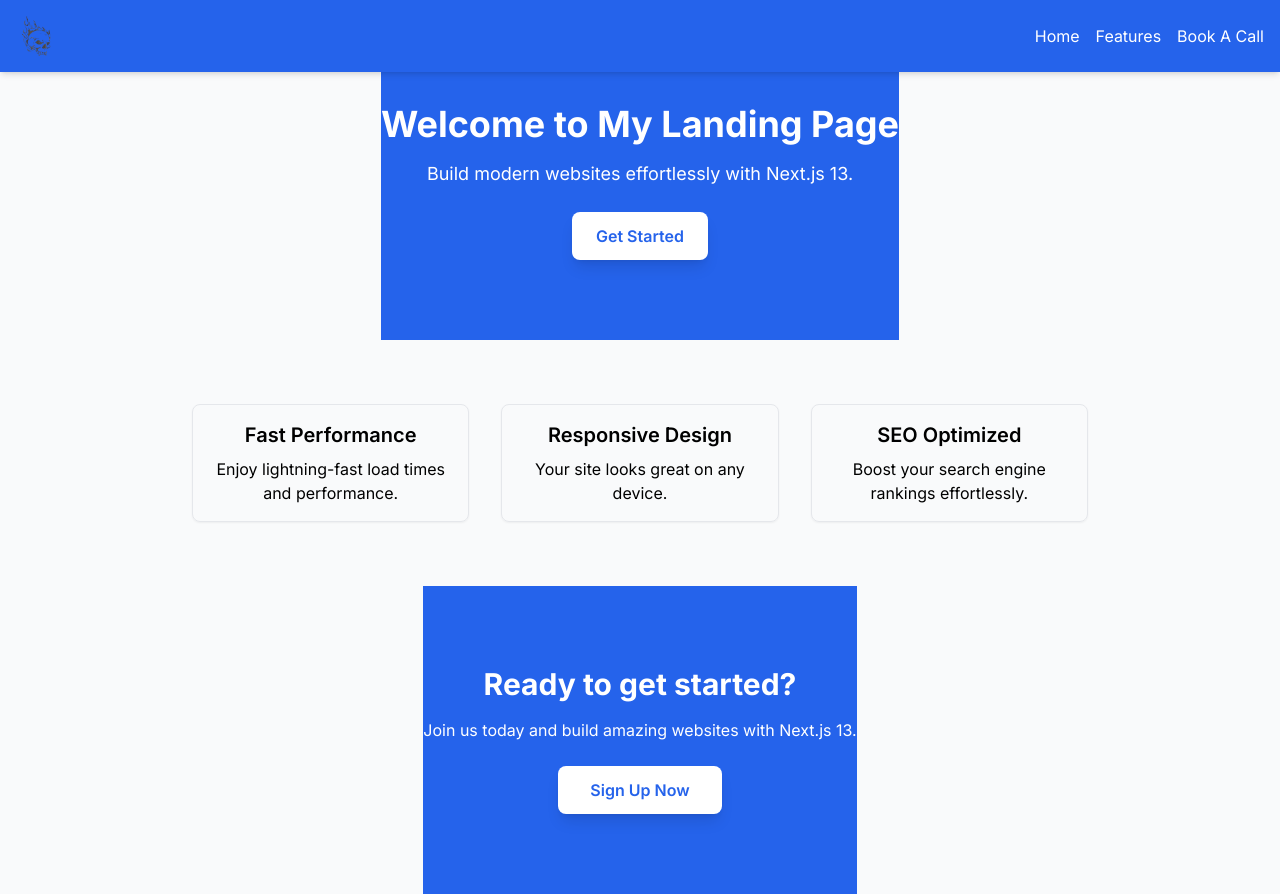
Repository: TheSecretlifeOfX/landing1
Page: /
An editor plug-in stored every save of this project. The page is shown before and after the next save, followed by the edit.
The browser window is 1280 px wide. The pictures show the whole page.
The project was rebuilt for these pictures with package versions that can differ from the ones it lists, and the page was loaded fresh each time. The framework's server and built-in components were replaced by stand-ins that run in the browser. Also part of the build but not shown: next.config.js.

Above is the page before, as saved 2024-11-13 22:12:18.

### app/layout.tsx
import Link from 'next/link'
import './globals.css'
import type { Metadata } from 'next'
import { Inter } from 'next/font/google'

import Navbar from "@/app/components/Navbar";


const inter = Inter({ subsets: ['latin'] })

export const metadata: Metadata = {
  title: 'Create Next App',
  description: 'Generated by create next app',
}

export default function RootLayout({
  children,
}: {
  children: React.ReactNode
}) {
  return (
    <html lang="en">
      <body className={inter.className}>
      <nav>
        <h1>Book A Call</h1>
        <Navbar />
      </nav>
      {children}</body>
    </html>
  )
}

### app/page.tsx
import HeroSection from "@/app/components/HeroSection";
import FeaturesSection from "@/app/components/FeaturesSection";
import CallToAction from "@/app/components/CallToAction";

// app/page.tsx
export default function Home() {
  return (
    <main className="flex flex-col items-center justify-center min-h-screen px-4 bg-gray-50">
      <HeroSection />
      <FeaturesSection />
      <CallToAction />
    </main>
  );
}

### app/components/Navbar.tsx
// src/components/Navbar.tsx
import React from "react";
import Link from "next/link";
import Image from "next/image";

export default function Navbar() {
  return (
    <nav className="fixed top-0 left-0 w-full bg-blue-600 p-4 text-white shadow-md z-50">
      <div className="container mx-auto flex justify-between items-center">
        <div className="text-2xl font-bold">
          <Link href="/">
          <Image
            src="/Images/Logo.png"
            alt="MyBrand Logo"
            width={40}
            height={40}
            className="cursor-pointer"
            priority
          />
          </Link>
        </div>
        <ul className="flex space-x-4">
          <li>
            <a href="#hero" className="hover:text-gray-200">
              Home
            </a>
          </li>
          <li>
            <a href="#features" className="hover:text-gray-200">
              Features
            </a>
          </li>
          <li>
            <a href="#contact" className="hover:text-gray-200">
              Book A Call
            </a>
          </li>
        </ul>
      </div>
    </nav>
  );
}

### app/components/HeroSection.tsx
// components/HeroSection.tsx
export default function HeroSection() {
    return (
      <section id="hero" className="text-center py-20 bg-blue-600 text-white">
        <h1 className="text-4xl font-bold mb-4">Welcome to My Landing Page</h1>
        <p className="text-lg mb-6">Build modern websites effortlessly with Next.js 13.</p>
        <button className="px-6 py-3 bg-white text-blue-600 font-semibold rounded-lg shadow-lg hover:bg-gray-100">
          Get Started
        </button>
      </section>
    );
  }

### app/components/FeaturesSection.tsx
// components/FeaturesSection.tsx
export default function FeaturesSection() {
    return (
      <section id="features" className="py-16">
        <div className="max-w-4xl mx-auto grid grid-cols-1 md:grid-cols-3 gap-8">
          <Feature
            title="Fast Performance"
            description="Enjoy lightning-fast load times and performance."
          />
          <Feature
            title="Responsive Design"
            description="Your site looks great on any device."
          />
          <Feature
            title="SEO Optimized"
            description="Boost your search engine rankings effortlessly."
          />
        </div>
      </section>
    );
  }

  function Feature({ title, description }: { title: string; description: string }) {
    return (
      <div className="text-center p-4 border rounded-lg shadow-sm">
        <h3 className="text-xl font-semibold mb-2">{title}</h3>
        <p>{description}</p>
      </div>
    );
  }

### app/components/CallToAction.tsx
// components/CallToAction.tsx
export default function CallToAction() {
    return (
      <section id="contact" className="py-20 text-center bg-blue-600 text-white">
        <h2 className="text-3xl font-bold mb-4">Ready to get started?</h2>
        <p className="mb-6">Join us today and build amazing websites with Next.js 13.</p>
        <button className="px-8 py-3 bg-white text-blue-600 font-semibold rounded-lg shadow-lg hover:bg-gray-100">
          Sign Up Now
        </button>
      </section>
    );
  }

Loaded but not shown: app/globals.css (common file); tailwind.config.js (common file)

After the next save:
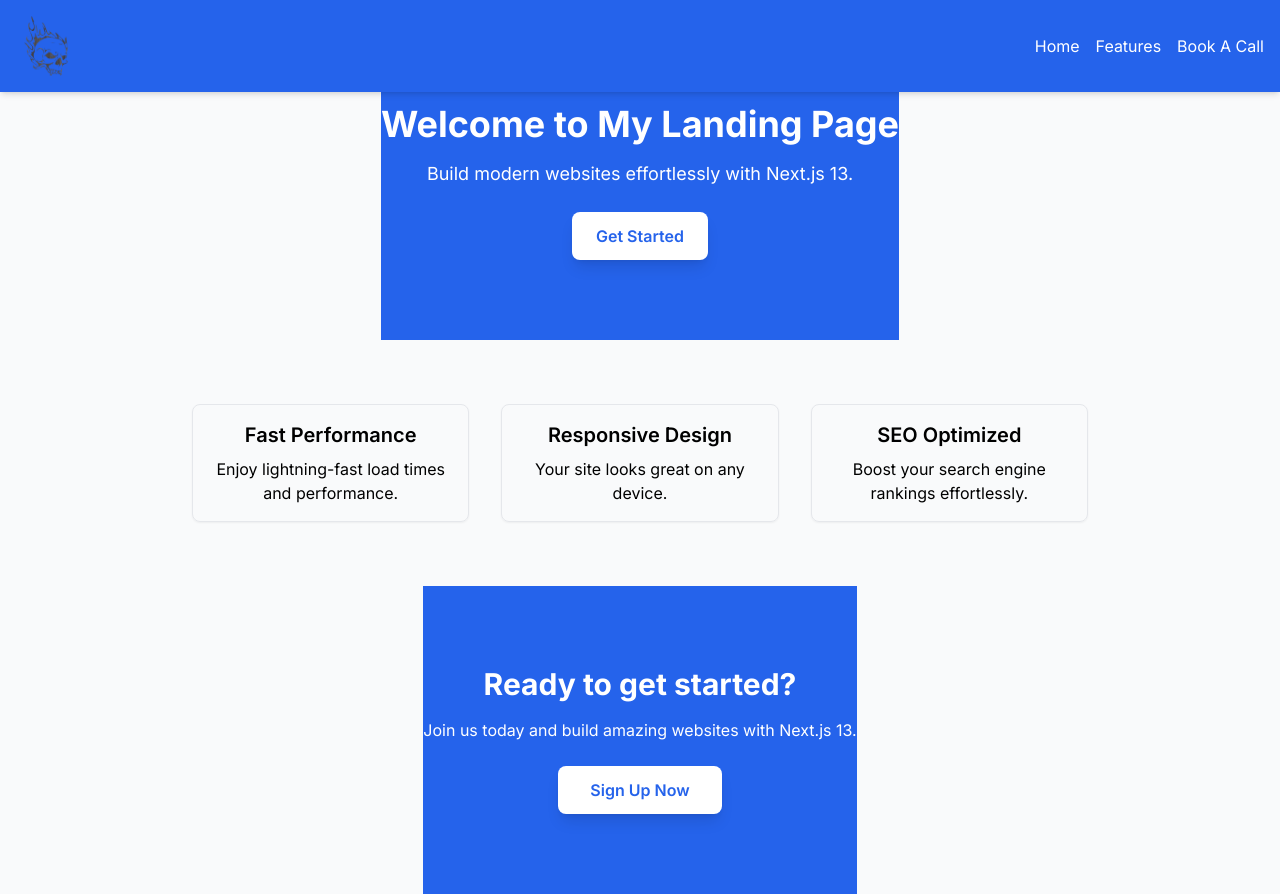
Saved 47 s later.
--- a/app/components/Navbar.tsx
+++ b/app/components/Navbar.tsx
@@ -12,8 +12,8 @@ export default function Navbar() {
           <Image
             src="/Images/Logo.png"
             alt="MyBrand Logo"
-            width={40}
-            height={40}
+            width={60}
+            height={60}
             className="cursor-pointer"
             priority
           />
